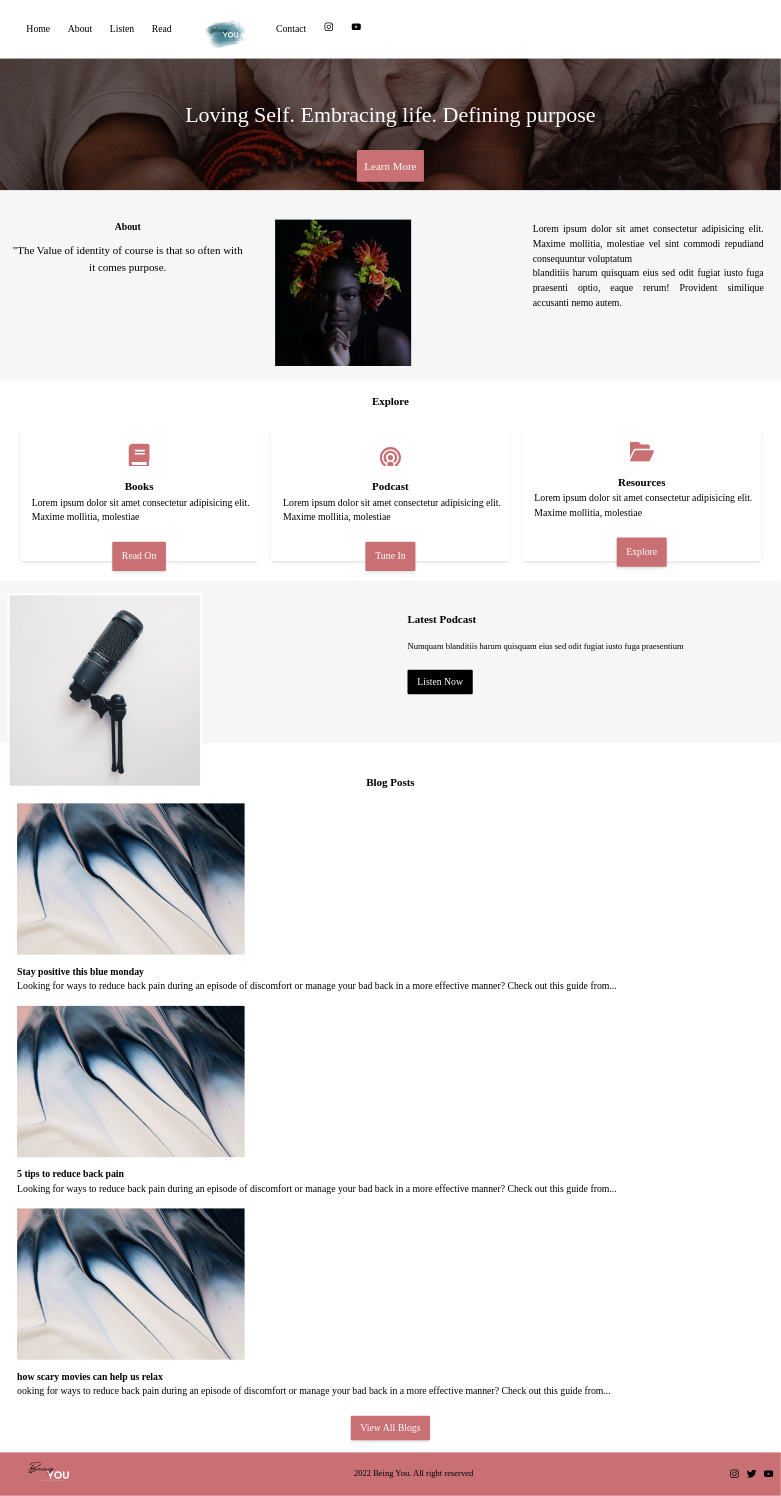
Repository: BrightonMboya/being-you
Page: /
The author's editor kept a copy of each file at every save. The page is drawn from the files as they stood at one save, then again after the next save.
The browser window is 1280 px wide. The pictures show the whole page, at 61% of full size.
The project was rebuilt for these pictures with package versions that can differ from the ones it lists, and the page was loaded fresh each time.

Above is the page before, as saved 2022-05-29 11:25:32.

After the next save:
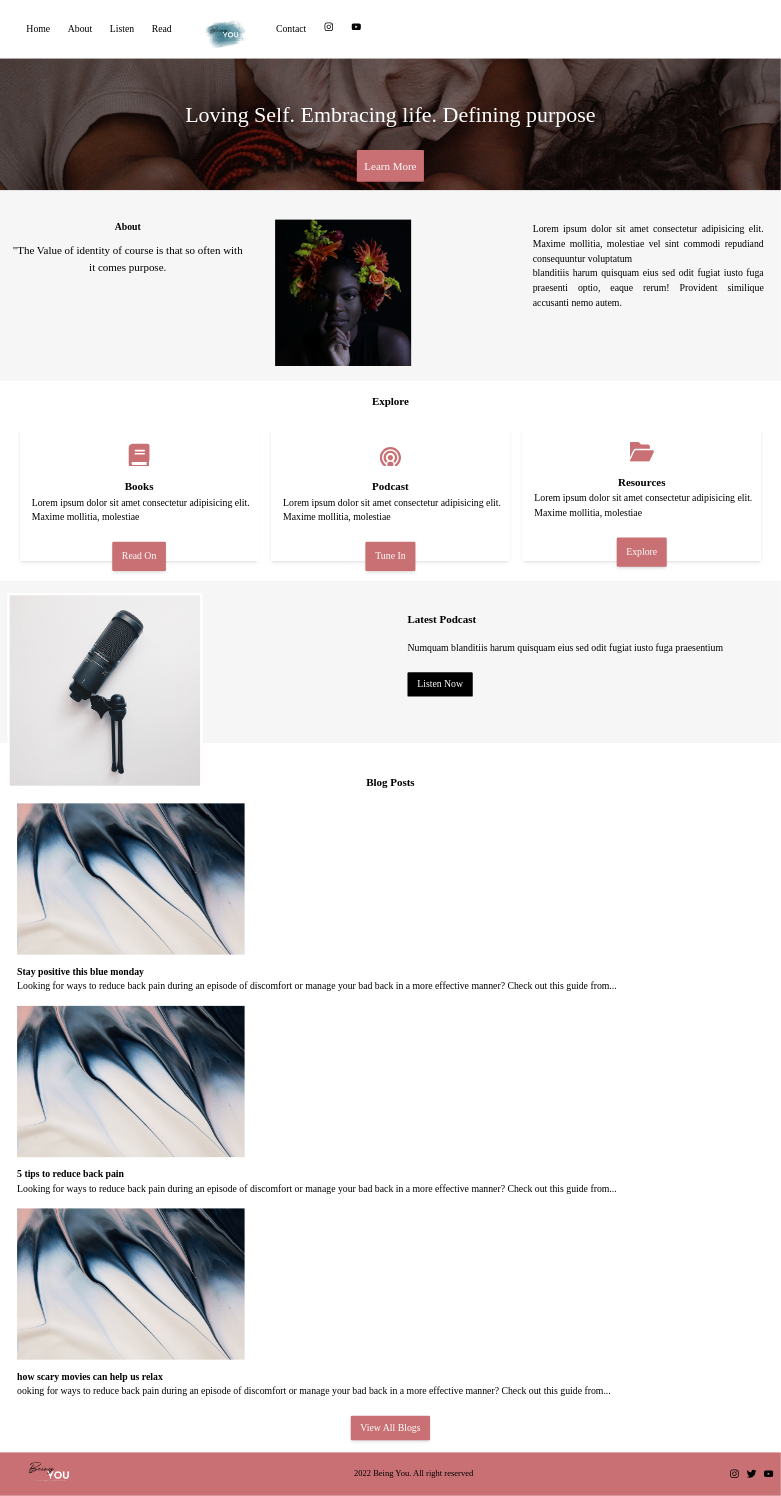
Saved 20 s later.
--- a/src/Components/Podcast/Podcast.jsx
+++ b/src/Components/Podcast/Podcast.jsx
@@ -12,7 +12,7 @@ const Podcast = () => {
         />
         <div className="mt-[7vh] ml-7">
           <h3 className="font-semibold md:text-lg">Latest Podcast</h3>
-          <p className="text-sm mr-5 mt-5">
+          <p className="text-sm mr-5 mt-5 md:text-base">
             Numquam blanditiis harum quisquam eius sed odit fugiat iusto fuga
             praesentium
           </p>
